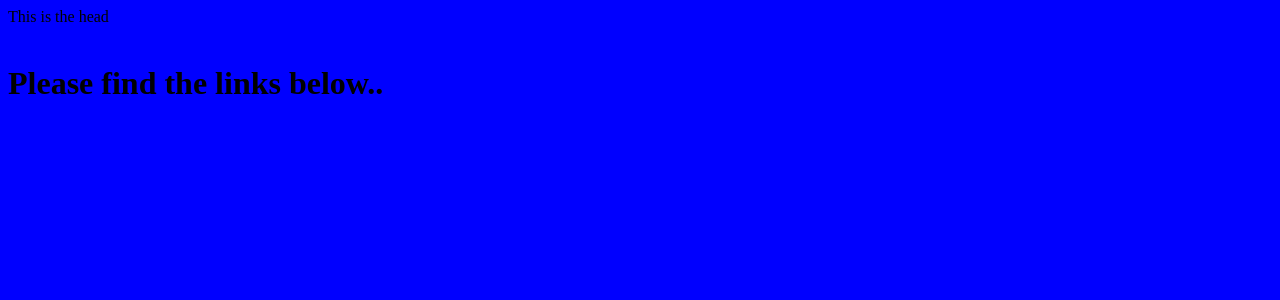
Repository: RaghavTVel/CUB_Codes
Page: eclipse_workspace/DataCommAssignment1/www/index.html
The author's editor kept a copy of each file at every save. The page is drawn from the files as they stood at one save, then again after the next save.
The browser window is 1280 px wide. The pictures show the whole page.

Above is the page before, as saved 2015-09-06 00:01:12.

After the next save:
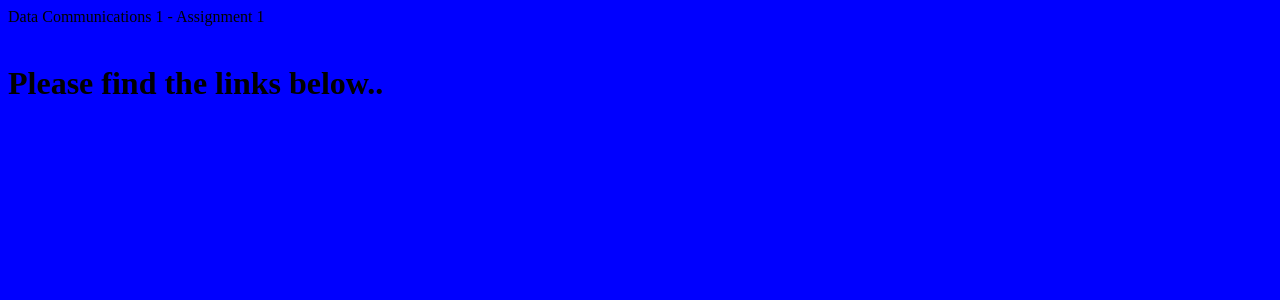
Saved 24 s later.
--- a/eclipse_workspace/DataCommAssignment1/www/index.html
+++ b/eclipse_workspace/DataCommAssignment1/www/index.html
@@ -1,7 +1,7 @@
 <html>
 
 <head>
-This is the head<br><br>
+Data Communications 1 - Assignment 1<br><br>
 </head>
 
 <title>
